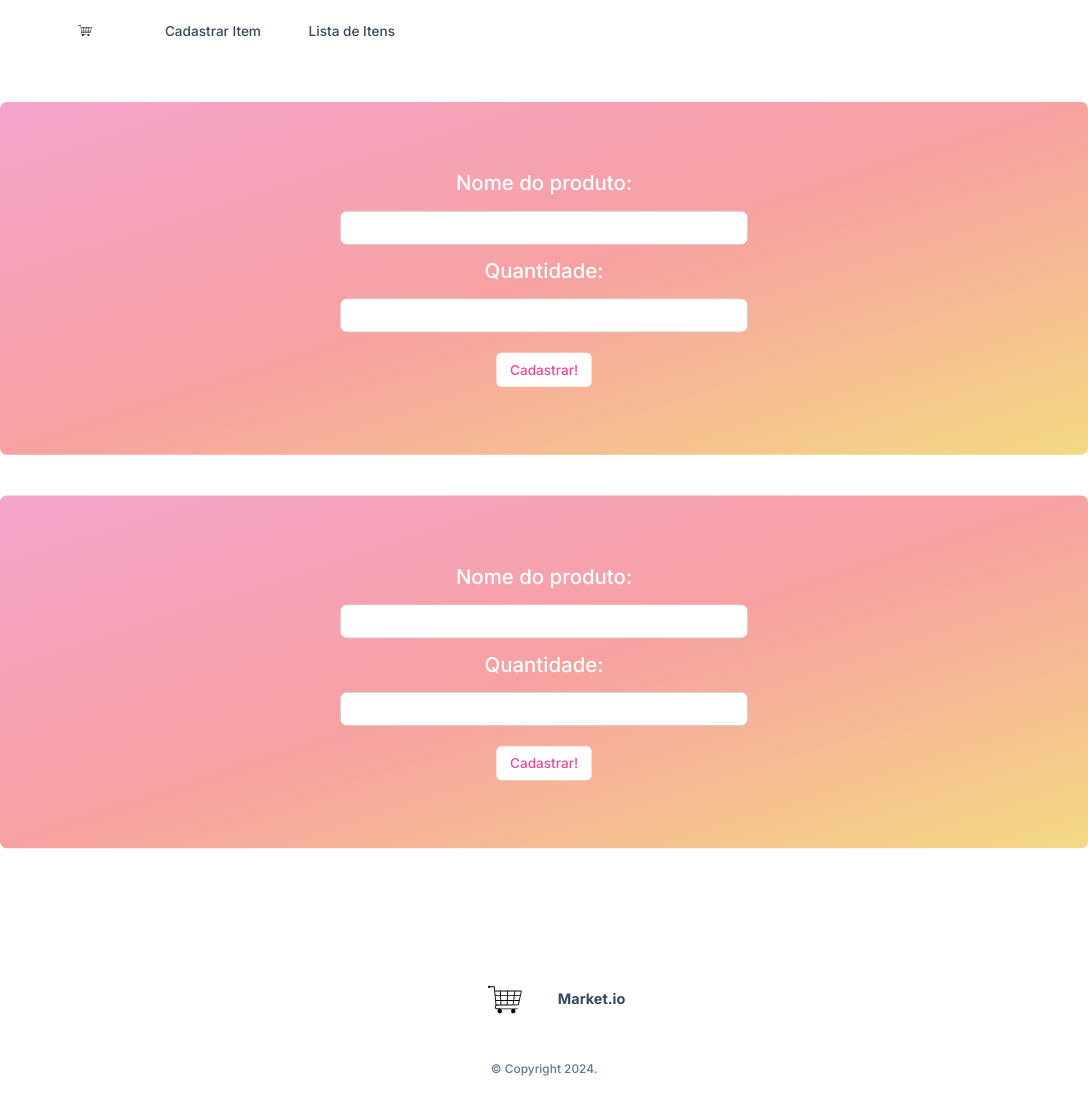
Repository: saraalves09/Avaliacao-01
Page: /
The author's editor kept a copy of each file at every save. The page is drawn from the files as they stood at one save, then again after a run of saves.
The browser window is 1280 px wide. The pictures show the whole page, at 85% of full size.
The project was rebuilt for these pictures with package versions that can differ from the ones it lists, and the page was loaded fresh each time. The framework's server and built-in components were replaced by stand-ins that run in the browser. Also part of the build but not shown: next.config.mjs.

Above is the page before, as saved 2024-04-24 18:09:15.

### app/layout.tsx
import type { Metadata } from "next";
import { Inter } from "next/font/google";
import "./globals.css";

const inter = Inter({ subsets: ["latin"] });

export const metadata: Metadata = {
  title: "market.io",
  description: "Generated by create next app",
};

export default function RootLayout({
  children,
}: Readonly<{
  children: React.ReactNode;
}>) {
  return (
    <html lang="en">
      <body className={inter.className}>{children}</body>
    </html>
  );
}

### app/page.tsx
import Cta  from "./components/Cta"
import { Footer } from "./components/Footer";
import Hero  from "./components/Hero";
import { Navbar } from "./components/Navbar";

export default function Home() {
  return (
    <>
      <Navbar />
      <Hero />
      <Cta />
      <Footer />
    </>
  );
}

### app/components/Cta.tsx
"use client";
// Import the necessary dependencies
import React, { useState } from 'react';

// Define componente
const Cta = () => {
  //Utiliza useState hook para criar uma variavel showAlert e a função para atualizar,
  const [showAlert, setShowAlert] = useState(false);
    //O valor inicial de showAlert é false, para o alerta n ser exibido por padrão.

  //  Sua função é mudar showAlert para true, mostrando o alerta
  const handleCadastro = () => {
    setShowAlert(true);
  };

  // JSX do componente
  return (
    <div className="w-full rounded-lg bg-gradient-to-br from-pink-500/50 via-red-500/50 to-yellow-500/50 py-8 px-4 text-center lg:my-12 lg:px-10 lg:py-20">
      {showAlert && (
        <div className="bg-green-500 p-3 text-white mb-4">
          Produto cadastrado com sucesso!
        </div>
      )}
      <label className="mb-4 lg:mb-8">
        <h1 className="text-white text-lg lg:text-2xl font-medium mb-2 lg:mb-4"> Nome do produto: </h1>
        <input type="text" style={{ width: '40%', height: '40px', borderRadius: '8px', border: '1px solid #ccc', textAlign: 'center',  marginBottom: '15px' }} />
      </label>
      <br />
      <label className="mb-4 lg:mb-8">
        <h1 className="text-white text-lg lg:text-2xl font-medium mb-2 lg:mb-4"> Quantidade: </h1>
        <input type="number" style={{ width: '40%', height: '40px', borderRadius: '8px', border: '1px solid #ccc', textAlign: 'center', fontSize: '16px' }} />
      </label>

      <div className="mt-4 flex flex-col w-full items-center lg:mt-6 lg:flex-row lg:justify-center gap-x-4">
        <button className="py-2 px-4 bg-white rounded-md text-pink-500 font-medium" onClick={handleCadastro}>
          Cadastrar!
        </button>
      </div>
    </div>
  );
}

// Exporta o Cta
export default Cta;

### app/components/Footer.tsx
import Image from "next/image";
import Logo from "../../public/assets/Logo.svg";

// Definir a componente Footer
export function Footer() {
  // JSX
  return (
    // Div principal
    <div className="pt-[80px] pb-[40px]">
      <div className="flex items-center justify-center gap-x-[12px]">
        <Image src={Logo} alt="Logo" style={{ width: '100px', height: 'auto' }} />
        <p className="font-bold text-[#36485C] text-[17px]">Market.io</p>
      </div>
      {/* Parágrafo exibindo o copyright */}
      <p className="pt-[56px] text-center text-[14px] font-medium text-[#5F7896] sm:pt-5">
        © Copyright 2024.
      </p>
    </div>
  );
}

### app/components/Hero.tsx
"use client";

import React, { useState } from 'react';

// Define a componente Cta
const Cta = () => {
  // Utiliza o useState hook para uma variável showAlert e função
  const [showAlert, setShowAlert] = useState(false);
  // O valor inicial de showAlert é false, para que o alerta não seja exibido por padrão.

  // Função para manipular o botão e exibir o alerta
  const handleCadastro = () => {
    // Define showAlert como true para mostrar o alerta
    setShowAlert(true);
  };

  // JSX
  return (
    <div className="w-full rounded-lg bg-gradient-to-br from-pink-500/50 via-red-500/50 to-yellow-500/50 py-8 px-4 text-center lg:my-12 lg:px-10 lg:py-20">
      {/* Renderiza o alerta apenas se showAlert for true */}
      {showAlert && (
        <div className="bg-green-500 p-3 text-white mb-4">
          Produto cadastrado com sucesso!
        </div>
      )}
      {/* Campo para o nome do produto */}
      <label className="mb-4 lg:mb-8">
        <h1 className="text-white text-lg lg:text-2xl font-medium mb-2 lg:mb-4"> Nome do produto: </h1>
        <input type="text" style={{ width: '40%', height: '40px', borderRadius: '8px', border: '1px solid #ccc', textAlign: 'center',  marginBottom: '15px' }} />
      </label>
      <br />
      {/* Campo para a quantidade */}
      <label className="mb-4 lg:mb-8">
        <h1 className="text-white text-lg lg:text-2xl font-medium mb-2 lg:mb-4"> Quantidade: </h1>
        <input type="number" style={{ width: '40%', height: '40px', borderRadius: '8px', border: '1px solid #ccc', textAlign: 'center', fontSize: '16px' }} />
      </label>

      {/* Botão para cadastrar o produto */}
      <div className="mt-4 flex flex-col w-full items-center lg:mt-6 lg:flex-row lg:justify-center gap-x-4">
        <button className="py-2 px-4 bg-white rounded-md text-pink-500 font-medium" onClick={handleCadastro}>
          Cadastrar!
        </button>
      </div>
    </div>
  );
}

// Exporta a componente Cta
export default Cta;

### app/components/Navbar.tsx
// Importa as dependências necessárias
import Image from "next/image";
import Logo from "../../public/assets/Logo.svg";
import Menu from "../../public/assets/Menu.svg";
import Link from 'next/link'; // Para criar links entre páginas no Next.js

// Define os links de navegação
const navLinks = [
  { name: "Cadastrar Item", path: '/' }, // Link para a página principal
  { name: "Lista de Itens", path: '/list/' }, // Link para a página de lista de itens
];

// Define o componente Navbar
export function Navbar() {
  //JSX
  return (
    <nav className="flex w-full items-center justify-between px-[20px] py-[16px] lg:container lg:mx-auto lg:px-20">
      <div className="flex items-center">
        <Image src={Logo} alt="Logo" className="w-10 h-auto" />
        <div className="hidden lg:flex pl-[74px] gap-x-[56px]">
          {navLinks.map((link, index) => (
            <Link href={link.path} key={index}>
              <p className="text-[#36485C] font-medium">{link.name}</p>
            </Link>
          ))}
        </div>
      </div>

      {/* Container para o botão de menu */}
      <div className="flex gap-x-5">
        <Image src={Menu} alt="Menu Button" className="lg:hidden" />
      </div>
    </nav>
  );
}

Loaded but not shown: app/globals.css (common file); tailwind.config.ts (common file)

After the next 2 saves:
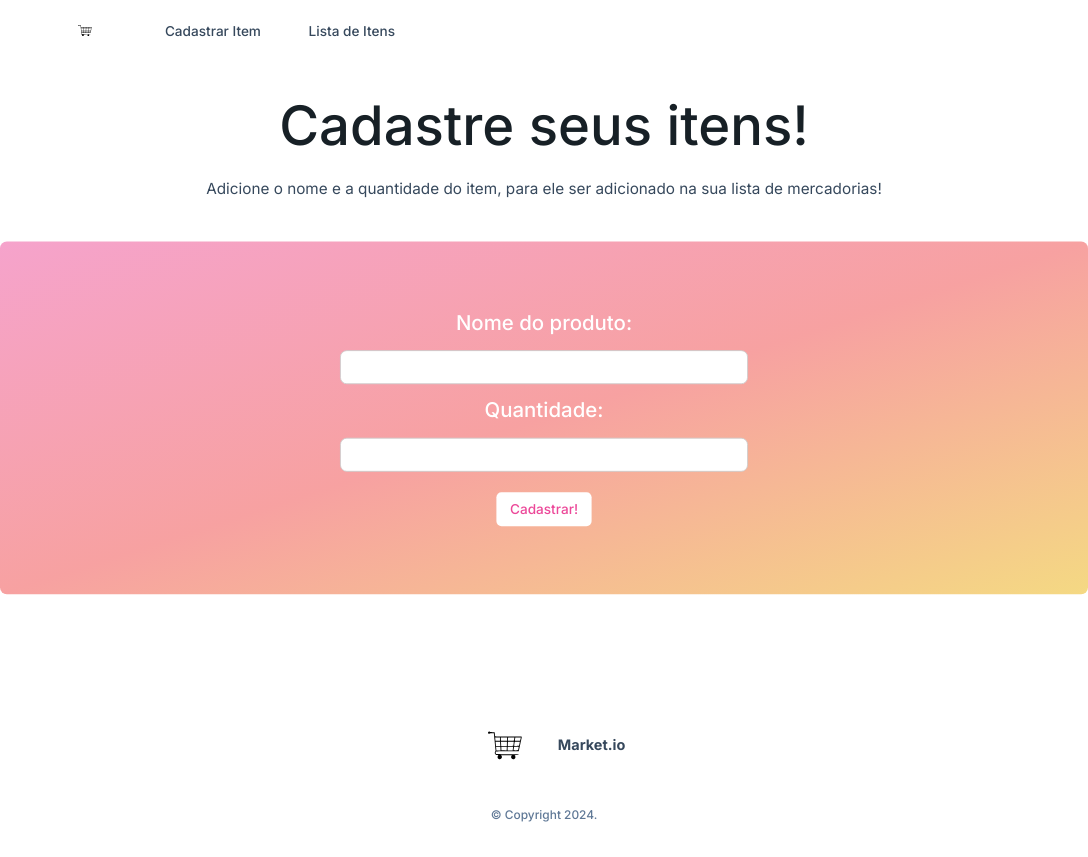
The 2 saves are shown as one change because 1 did not build or start.
The last was saved 110 s later.
--- a/app/page.tsx
+++ b/app/page.tsx
@@ -1,6 +1,6 @@
 import Cta  from "./components/Cta"
 import { Footer } from "./components/Footer";
-import Hero  from "./components/Hero";
+import {Hero}  from "./components/Hero";
 import { Navbar } from "./components/Navbar";
 
 export default function Home() {
--- a/app/components/Hero.tsx
+++ b/app/components/Hero.tsx
@@ -1,49 +1,27 @@
-"use client";
+import Image from "next/image";
+import BlurArrow from "../../public/assets/blue-button.svg";
+import Gradient from "../../public/assets/Gradient.svg";
 
-import React, { useState } from 'react';
+export function Hero() {
+  return (
+    <div className="pt-4 lg:pt-10">
+      <div className="px-[20px] lg:px-[50px]">
+        <h1 className="text-center text-[32px] leading-[40px] font-medium text-[#172026] lg:text-[64px] lg:leading-[72px]">
+          Cadastre seus itens!
+        </h1>
+        <p className="text-center pt-6 text-[#36485C] lg:text-[18px] lg:leading-7">
+          Adicione o nome e a quantidade do item, para ele ser adicionado na sua lista de mercadorias!
+        </p>
+      </div>
 
-// Define a componente Cta
-const Cta = () => {
-  // Utiliza o useState hook para uma variável showAlert e função
-  const [showAlert, setShowAlert] = useState(false);
-  // O valor inicial de showAlert é false, para que o alerta não seja exibido por padrão.
-
-  // Função para manipular o botão e exibir o alerta
-  const handleCadastro = () => {
-    // Define showAlert como true para mostrar o alerta
-    setShowAlert(true);
-  };
-
-  // JSX
-  return (
-    <div className="w-full rounded-lg bg-gradient-to-br from-pink-500/50 via-red-500/50 to-yellow-500/50 py-8 px-4 text-center lg:my-12 lg:px-10 lg:py-20">
-      {/* Renderiza o alerta apenas se showAlert for true */}
-      {showAlert && (
-        <div className="bg-green-500 p-3 text-white mb-4">
-          Produto cadastrado com sucesso!
+      <div className="relative flex h-full w-full justify-center">
+      <div className="px-[20px] lg:container lg:px-20 mx-auto">
+      </div>
+        <div className="absolute bottom-5 flex w-full flex-col items-center">
+          <div className="flex w-full flex-col items-center lg:container lg:flex-row lg:justify-between lg:px-20">
+          </div>
         </div>
-      )}
-      {/* Campo para o nome do produto */}
-      <label className="mb-4 lg:mb-8">
-        <h1 className="text-white text-lg lg:text-2xl font-medium mb-2 lg:mb-4"> Nome do produto: </h1>
-        <input type="text" style={{ width: '40%', height: '40px', borderRadius: '8px', border: '1px solid #ccc', textAlign: 'center',  marginBottom: '15px' }} />
-      </label>
-      <br />
-      {/* Campo para a quantidade */}
-      <label className="mb-4 lg:mb-8">
-        <h1 className="text-white text-lg lg:text-2xl font-medium mb-2 lg:mb-4"> Quantidade: </h1>
-        <input type="number" style={{ width: '40%', height: '40px', borderRadius: '8px', border: '1px solid #ccc', textAlign: 'center', fontSize: '16px' }} />
-      </label>
-
-      {/* Botão para cadastrar o produto */}
-      <div className="mt-4 flex flex-col w-full items-center lg:mt-6 lg:flex-row lg:justify-center gap-x-4">
-        <button className="py-2 px-4 bg-white rounded-md text-pink-500 font-medium" onClick={handleCadastro}>
-          Cadastrar!
-        </button>
       </div>
     </div>
   );
 }
-
-// Exporta a componente Cta
-export default Cta;
